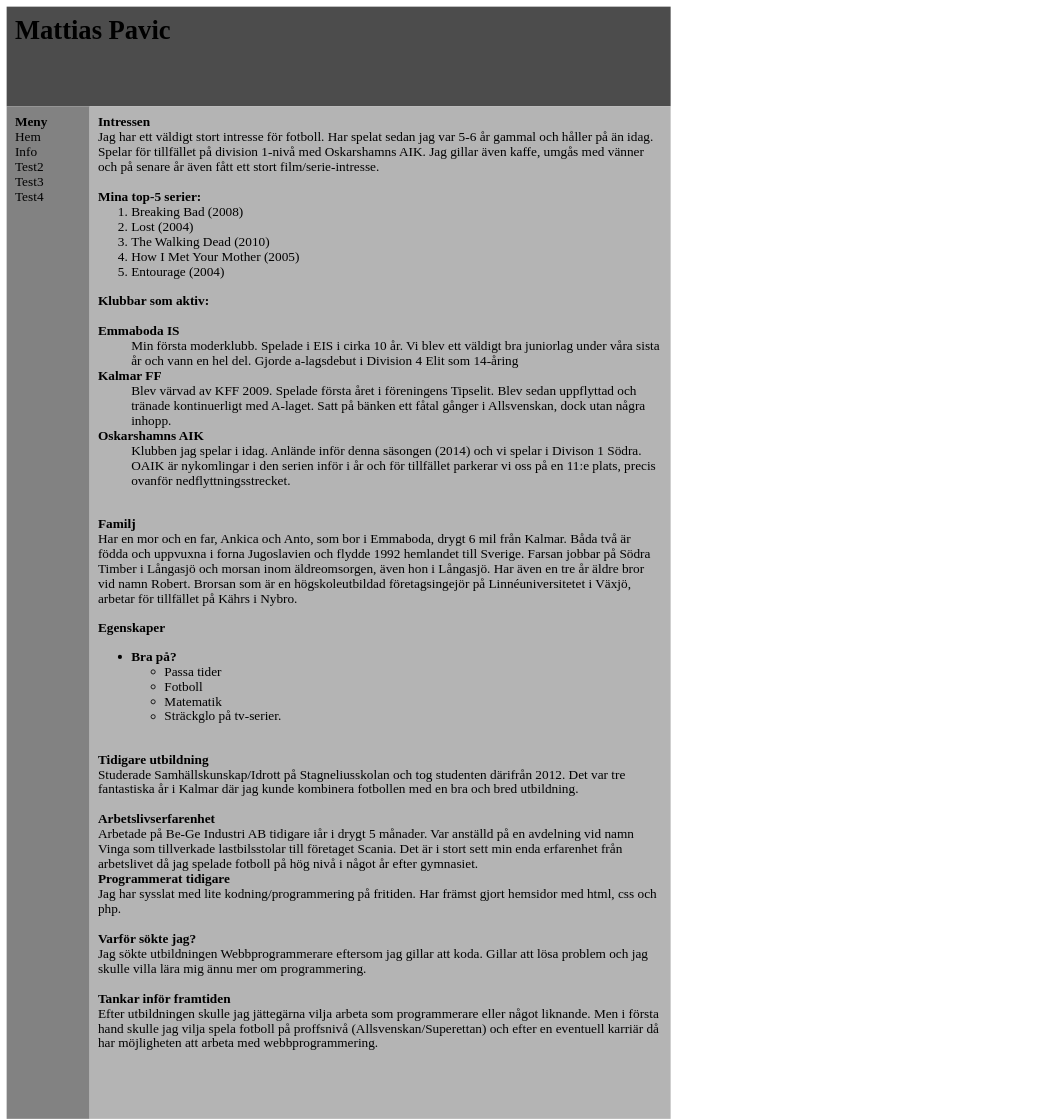
Repository: mp222sf/1ik415-laborationer
Page: pages/presentation.html
The author's editor kept a record of every edit. The page is drawn from the files as they stood at one moment, then again after the next edit.
The browser window is 1280 px wide. The pictures show the whole page, at 83% of full size.

Above is the page before.

### pages/presentation.html
<!doctype html>
<html>
    <head>
        <meta charset="utf-8" />
        <title>Mattias Pavic</title>
    </head>
    <body>

<div id="container" style="width:800px">
<div id="header" style="padding: 10px;background-color:#4C4C4C;height: 100px;">
<h1 style="margin: 0;">Mattias Pavic</h1>
</div>
<div id="menu" style="padding: 10px;background-color:#828282;height:1200px;width:80px;float:left;">
<h4 style="margin: 0;">Meny</h4>
Hem<br>
Info<br>
Test2<br>
Test3<br>
Test4<br>
</div>

<div id="content" style="padding: 10px;background-color:#B4B4B4;height:1200px;width:680px;float:left;">
<!--Här skriver vi infomationen om mina intressen.-->
<h4 style="margin: 0;">Intressen</h4>
<p style="margin: 0;">Jag har ett väldigt stort intresse för fotboll. Har spelat sedan jag var 5-6 år gammal och håller på än idag.
Spelar för tillfället på division 1-nivå med Oskarshamns AIK.
Jag gillar även kaffe, umgås med vänner och på senare år även fått ett stort film/serie-intresse. </p>
<br>
<h4 style="margin: 0;">Mina top-5 serier:</h4>
<ol style="margin: 0;">
 <li>Breaking Bad (2008)</li>
 <li>Lost (2004)</li>
 <li>The Walking Dead (2010)</li>
 <li>How I Met Your Mother (2005)</li>
 <li>Entourage (2004)</li>
</ol>

<br>

<p style="margin: 0;">
<b>Klubbar som aktiv:</b><br><br>
<dl style="margin: 0;">
  <dt><b>Emmaboda IS</b></dt>
    <dd>Min första moderklubb. Spelade i EIS i cirka 10 år. Vi blev ett väldigt bra juniorlag under våra sista år och vann en hel del. Gjorde a-lagsdebut i Division 4 Elit som 14-åring</dd>
  <dt><b>Kalmar FF</b></dt>
    <dd>Blev värvad av KFF 2009. Spelade första året i föreningens Tipselit. Blev sedan uppflyttad och tränade kontinuerligt med A-laget. Satt på bänken ett fåtal gånger i Allsvenskan, dock utan några inhopp.</dd>
  <dt><b>Oskarshamns AIK</b></dt>
    <dd>Klubben jag spelar i idag. Anlände inför denna säsongen (2014) och vi spelar i Divison 1 Södra. OAIK är nykomlingar i den serien inför i år och för tillfället parkerar vi oss på en 11:e plats, precis ovanför nedflyttningsstrecket.</dd>
</dl>
</p><br>

<h4 style="margin: 0;">Familj</h4>
<p style="margin: 0;">Har en mor och en far, Ankica och Anto, som bor i Emmaboda, drygt 6 mil från Kalmar.
Båda två är födda och uppvuxna i forna Jugoslavien och flydde 1992 hemlandet till Sverige.
Farsan jobbar på Södra Timber i Långasjö och morsan inom äldreomsorgen, även hon i Långasjö.
Har även en tre år äldre bror vid namn Robert.
Brorsan som är en högskoleutbildad företagsingejör på Linnéuniversitetet i Växjö, arbetar för tillfället på Kährs i Nybro.</p><br>

<h4 style="margin: 0;">Egenskaper</h4>
<ul>
 <li><b>Bra på?</b></li>
 <ul>
 <li>Passa tider</li>
 <li>Fotboll</li>
 <li>Matematik</li>
 <li>Sträckglo på tv-serier.</li>
 </ul>
</ul><br>



<h4 style="margin: 0;">Tidigare utbildning</h4>
<p style="margin: 0;">Studerade Samhällskunskap/Idrott på Stagneliusskolan och tog studenten därifrån 2012. Det var tre fantastiska år i Kalmar där jag kunde kombinera fotbollen med en bra och bred utbildning.</p>
<br>
<h4 style="margin: 0;">Arbetslivserfarenhet</h4>
<p style="margin: 0;">Arbetade på Be-Ge Industri AB tidigare iår i drygt 5 månader.
Var anställd på en avdelning vid namn Vinga som tillverkade lastbilsstolar till företaget Scania.
Det är i stort sett min enda erfarenhet från arbetslivet då jag spelade fotboll på hög nivå i något år efter gymnasiet.
<br>
<h4 style="margin: 0;">Programmerat tidigare</h4>
<p style="margin: 0;">Jag har sysslat med lite kodning/programmering på fritiden.
Har främst gjort hemsidor med html, css och php.
</p>
<br>
<h4 style="margin: 0;">Varför sökte jag?</h4>
<p style="margin: 0;">Jag sökte utbildningen Webbprogrammerare eftersom jag gillar att koda.
Gillar att lösa problem och jag skulle villa lära mig ännu mer om programmering.

</p><br>

<h4 style="margin: 0;">Tankar inför framtiden</h4>
<p style="margin: 0;">Efter utbildningen skulle jag jättegärna vilja arbeta som programmerare eller något liknande.
Men i första hand skulle jag vilja spela fotboll på proffsnivå (Allsvenskan/Superettan) och efter en eventuell karriär då har möjligheten att arbeta med webbprogrammering.
</p><br>

</div>



    </body>
</html>

After the next edit:
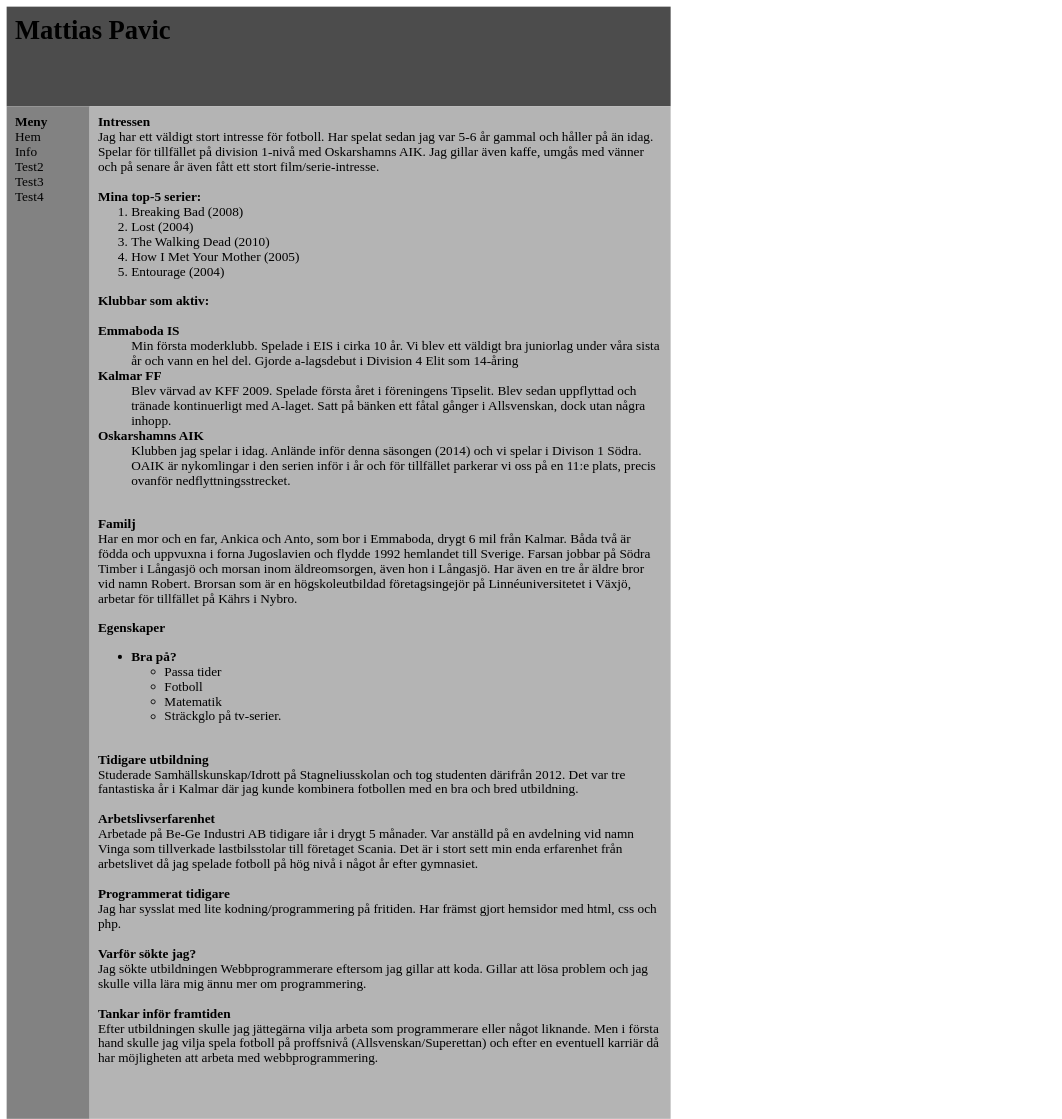
The edit:
--- a/pages/presentation.html
+++ b/pages/presentation.html
@@ -76,7 +76,7 @@
 <p style="margin: 0;">Arbetade på Be-Ge Industri AB tidigare iår i drygt 5 månader.
 Var anställd på en avdelning vid namn Vinga som tillverkade lastbilsstolar till företaget Scania.
 Det är i stort sett min enda erfarenhet från arbetslivet då jag spelade fotboll på hög nivå i något år efter gymnasiet.
-<br>
+<br><br>
 <h4 style="margin: 0;">Programmerat tidigare</h4>
 <p style="margin: 0;">Jag har sysslat med lite kodning/programmering på fritiden.
 Har främst gjort hemsidor med html, css och php.
